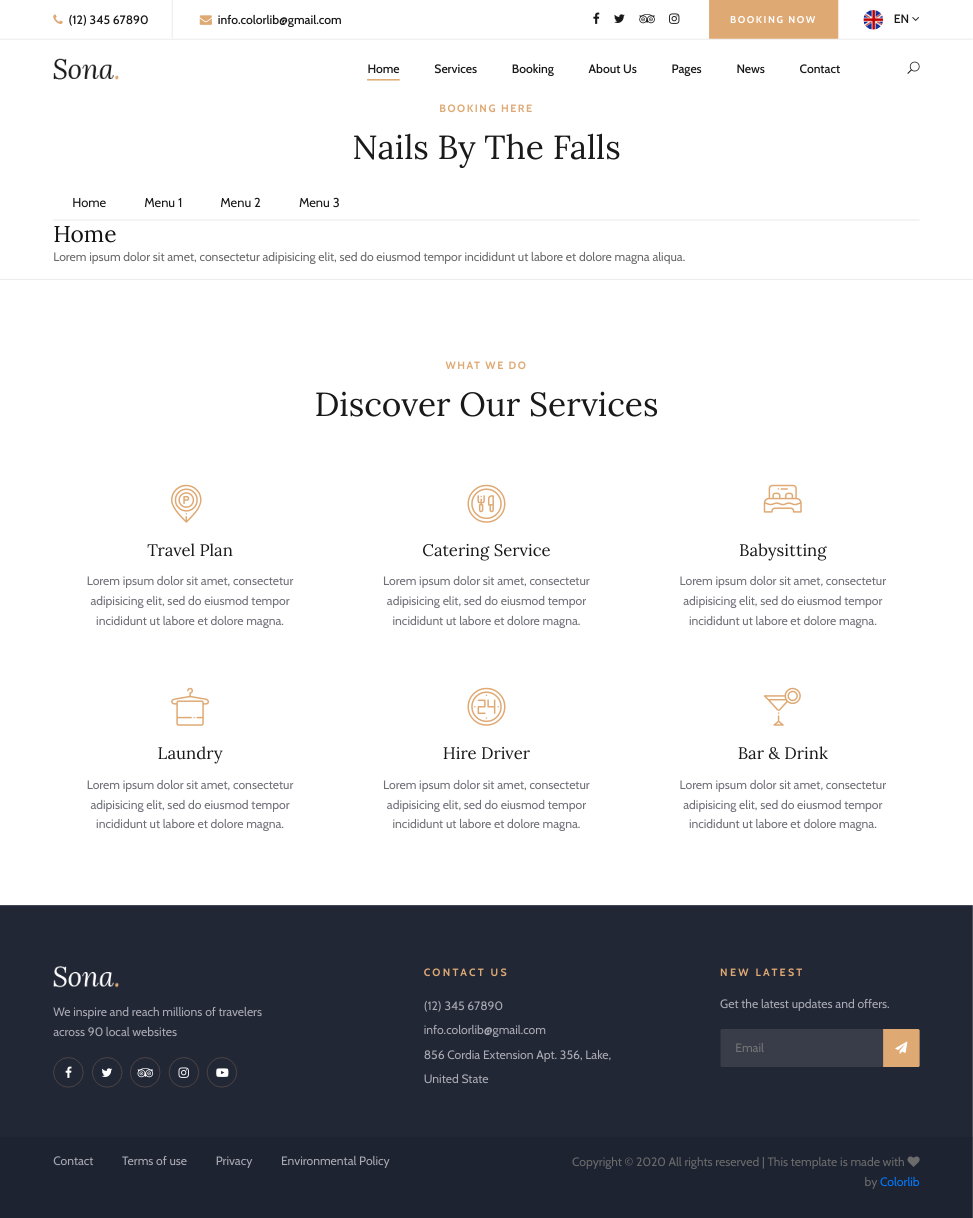
Repository: KeriBoss/Booking_Spa
Page: booking.html
An editor plug-in stored every save of this project. The page is shown before and after the next save, followed by the edit.
The browser window is 1280 px wide. The pictures show the whole page, at 76% of full size.

Above is the page before, as saved 2023-05-19 15:55:44.

### booking.html
<!DOCTYPE html>
<html lang="zxx">

<head>
    <meta charset="UTF-8" />
    <meta name="description" content="Sona Template" />
    <meta name="keywords" content="Sona, unica, creative, html" />
    <meta name="viewport" content="width=device-width, initial-scale=1.0" />
    <meta http-equiv="X-UA-Compatible" content="ie=edge" />
    <title>Nail | Template</title>

    <!-- Google Font -->
    <link href="https://fonts.googleapis.com/css?family=Lora:400,700&display=swap" rel="stylesheet" />
    <link href="https://fonts.googleapis.com/css?family=Cabin:400,500,600,700&display=swap" rel="stylesheet" />

    <!-- Css Styles -->
    <link rel="stylesheet" href="css/bootstrap.min.css" type="text/css" />
    <link rel="stylesheet" href="css/font-awesome.min.css" type="text/css" />
    <link rel="stylesheet" href="css/elegant-icons.css" type="text/css" />
    <link rel="stylesheet" href="css/flaticon.css" type="text/css" />
    <link rel="stylesheet" href="css/owl.carousel.min.css" type="text/css" />
    <link rel="stylesheet" href="css/nice-select.css" type="text/css" />
    <link rel="stylesheet" href="css/jquery-ui.min.css" type="text/css" />
    <link rel="stylesheet" href="css/magnific-popup.css" type="text/css" />
    <link rel="stylesheet" href="css/slicknav.min.css" type="text/css" />
    <link rel="stylesheet" href="css/style.css" type="text/css" />
</head>

<body>
    <!-- Page Preloder -->
    <div id="preloder">
        <div class="loader"></div>
    </div>

    <!-- Offcanvas Menu Section Begin -->
    <div class="offcanvas-menu-overlay"></div>
    <div class="canvas-open">
        <i class="icon_menu"></i>
    </div>
    <div class="offcanvas-menu-wrapper">
        <div class="canvas-close">
            <i class="icon_close"></i>
        </div>
        <div class="search-icon search-switch">
            <i class="icon_search"></i>
        </div>
        <div class="header-configure-area">
            <div class="language-option">
                <img src="img/flag.jpg" alt="" />
                <span>EN <i class="fa fa-angle-down"></i></span>
                <div class="flag-dropdown">
                    <ul>
                        <li><a href="#">Zi</a></li>
                        <li><a href="#">Fr</a></li>
                    </ul>
                </div>
            </div>
            <a href="#" class="bk-btn">Booking Now</a>
        </div>
        <nav class="mainmenu mobile-menu">
            <ul>
                <li class="active"><a href="./index.html">Home</a></li>
                <li><a href="./rooms.html">Rooms</a></li>
                <li><a href="./about-us.html">About Us</a></li>
                <li>
                    <a href="./pages.html">Pages</a>
                    <ul class="dropdown">
                        <li><a href="./room-details.html">Room Details</a></li>
                        <li><a href="#">Deluxe Room</a></li>
                        <li><a href="#">Family Room</a></li>
                        <li><a href="#">Premium Room</a></li>
                    </ul>
                </li>
                <li><a href="./blog.html">News</a></li>
                <li><a href="./contact.html">Contact</a></li>
            </ul>
        </nav>
        <div id="mobile-menu-wrap"></div>
        <div class="top-social">
            <a href="#"><i class="fa fa-facebook"></i></a>
            <a href="#"><i class="fa fa-twitter"></i></a>
            <a href="#"><i class="fa fa-tripadvisor"></i></a>
            <a href="#"><i class="fa fa-instagram"></i></a>
        </div>
        <ul class="top-widget">
            <li><i class="fa fa-phone"></i> (12) 345 67890</li>
            <li><i class="fa fa-envelope"></i> info.colorlib@gmail.com</li>
        </ul>
    </div>
    <!-- Offcanvas Menu Section End -->

    <!-- Header Section Begin -->
    <header class="header-section">
        <div class="top-nav">
            <div class="container">
                <div class="row">
                    <div class="col-lg-6">
                        <ul class="tn-left">
                            <li><i class="fa fa-phone"></i> (12) 345 67890</li>
                            <li><i class="fa fa-envelope"></i> info.colorlib@gmail.com</li>
                        </ul>
                    </div>
                    <div class="col-lg-6">
                        <div class="tn-right">
                            <div class="top-social">
                                <a href="#"><i class="fa fa-facebook"></i></a>
                                <a href="#"><i class="fa fa-twitter"></i></a>
                                <a href="#"><i class="fa fa-tripadvisor"></i></a>
                                <a href="#"><i class="fa fa-instagram"></i></a>
                            </div>
                            <a href="#" class="bk-btn">Booking Now</a>
                            <div class="language-option">
                                <img src="img/flag.jpg" alt="" />
                                <span>EN <i class="fa fa-angle-down"></i></span>
                                <div class="flag-dropdown">
                                    <ul>
                                        <li><a href="#">Zi</a></li>
                                        <li><a href="#">Fr</a></li>
                                    </ul>
                                </div>
                            </div>
                        </div>
                    </div>
                </div>
            </div>
        </div>
        <div class="menu-item">
            <div class="container">
                <div class="row">
                    <div class="col-lg-2">
                        <div class="logo">
                            <a href="./index.html">
                                <img src="img/logo.png" alt="" />
                            </a>
                        </div>
                    </div>
                    <div class="col-lg-10">
                        <div class="nav-menu">
                            <nav class="mainmenu">
                                <ul>
                                    <li class="active"><a href="./index.html">Home</a></li>
                                    <li><a href="./rooms.html">Services</a></li>
                                    <li><a href="./rooms.html">Booking</a></li>
                                    <li><a href="./about-us.html">About Us</a></li>
                                    <li>
                                        <a href="./pages.html">Pages</a>
                                        <ul class="dropdown">
                                            <li><a href="./room-details.html">Room Details</a></li>
                                            <li><a href="./blog-details.html">Blog Details</a></li>
                                            <li><a href="#">Family Room</a></li>
                                            <li><a href="#">Premium Room</a></li>
                                        </ul>
                                    </li>
                                    <li><a href="./blog.html">News</a></li>
                                    <li><a href="./contact.html">Contact</a></li>
                                </ul>
                            </nav>
                            <div class="nav-right search-switch">
                                <i class="icon_search"></i>
                            </div>
                        </div>
                    </div>
                </div>
            </div>
        </div>
    </header>
    <!-- Header End -->

    <!-- Booking start-->
    <section class="booking-nail">
        <div class="container">
            <div class="row">
                <div class="col-lg-12">
                    <div class="section-title">
                        <span>Booking here</span>
                        <h2>Nails By The Falls</h2>
                    </div>
                </div>
                <div class="col-lg-12">
                    <div class="card-booking">
                        <ul class="nav nav-tabs">
                            <li class="active"><a data-toggle="tab" href="#home">Home</a></li>
                            <li><a data-toggle="tab" href="#menu1">Menu 1</a></li>
                            <li><a data-toggle="tab" href="#menu2">Menu 2</a></li>
                            <li><a data-toggle="tab" href="#menu3">Menu 3</a></li>
                        </ul>

                        <div class="tab-content">
                            <div id="home" class="tab-pane fade show active">
                                <h3>Home</h3>
                                <p>Lorem ipsum dolor sit amet, consectetur adipisicing elit, sed do eiusmod tempor
                                    incididunt ut labore et dolore magna aliqua.</p>
                            </div>

                            <div id="menu1" class="tab-pane fade">
                                <h3>Menu 1</h3>
                                <p>Lorem ipsum dolor sit amet, consectetur adipisicing elit, sed do eiusmod tempor
                                    incididunt ut labore et dolore magna aliqua.</p>
                            </div>

                            <div id="menu2" class="tab-pane fade">
                                <h3>Menu 2</h3>
                                <p>Lorem ipsum dolor sit amet, consectetur adipisicing elit, sed do eiusmod tempor
                                    incididunt ut labore et dolore magna aliqua.</p>
                            </div>

                            <div id="menu3" class="tab-pane fade">
                                <h3>Menu 3</h3>
                                <p>Lorem ipsum dolor sit amet, consectetur adipisicing elit, sed do eiusmod tempor
                                    incididunt ut labore et dolore magna aliqua.</p>
                            </div>

                        </div>

                    </div>
                </div>
            </div>
        </div>
    </section>
    <!-- Booking end-->

    <!-- Services Section End -->
    <section class="services-section spad">
        <div class="container">
            <div class="row">
                <div class="col-lg-12">
                    <div class="section-title">
                        <span>What We Do</span>
                        <h2>Discover Our Services</h2>
                    </div>
                </div>
            </div>
            <div class="row">
                <div class="col-lg-4 col-sm-6">
                    <div class="service-item">
                        <i class="flaticon-036-parking"></i>
                        <h4>Travel Plan</h4>
                        <p>
                            Lorem ipsum dolor sit amet, consectetur adipisicing elit, sed do
                            eiusmod tempor incididunt ut labore et dolore magna.
                        </p>
                    </div>
                </div>
                <div class="col-lg-4 col-sm-6">
                    <div class="service-item">
                        <i class="flaticon-033-dinner"></i>
                        <h4>Catering Service</h4>
                        <p>
                            Lorem ipsum dolor sit amet, consectetur adipisicing elit, sed do
                            eiusmod tempor incididunt ut labore et dolore magna.
                        </p>
                    </div>
                </div>
                <div class="col-lg-4 col-sm-6">
                    <div class="service-item">
                        <i class="flaticon-026-bed"></i>
                        <h4>Babysitting</h4>
                        <p>
                            Lorem ipsum dolor sit amet, consectetur adipisicing elit, sed do
                            eiusmod tempor incididunt ut labore et dolore magna.
                        </p>
                    </div>
                </div>
                <div class="col-lg-4 col-sm-6">
                    <div class="service-item">
                        <i class="flaticon-024-towel"></i>
                        <h4>Laundry</h4>
                        <p>
                            Lorem ipsum dolor sit amet, consectetur adipisicing elit, sed do
                            eiusmod tempor incididunt ut labore et dolore magna.
                        </p>
                    </div>
                </div>
                <div class="col-lg-4 col-sm-6">
                    <div class="service-item">
                        <i class="flaticon-044-clock-1"></i>
                        <h4>Hire Driver</h4>
                        <p>
                            Lorem ipsum dolor sit amet, consectetur adipisicing elit, sed do
                            eiusmod tempor incididunt ut labore et dolore magna.
                        </p>
                    </div>
                </div>
                <div class="col-lg-4 col-sm-6">
                    <div class="service-item">
                        <i class="flaticon-012-cocktail"></i>
                        <h4>Bar & Drink</h4>
                        <p>
                            Lorem ipsum dolor sit amet, consectetur adipisicing elit, sed do
                            eiusmod tempor incididunt ut labore et dolore magna.
                        </p>
                    </div>
                </div>
            </div>
        </div>
    </section>
    <!-- Services Section End -->

    <!-- Footer Section Begin -->
    <footer class="footer-section">
        <div class="container">
            <div class="footer-text">
                <div class="row">
                    <div class="col-lg-4">
                        <div class="ft-about">
                            <div class="logo">
                                <a href="#">
                                    <img src="img/footer-logo.png" alt="" />
                                </a>
                            </div>
                            <p>
                                We inspire and reach millions of travelers<br />
                                across 90 local websites
                            </p>
                            <div class="fa-social">
                                <a href="#"><i class="fa fa-facebook"></i></a>
                                <a href="#"><i class="fa fa-twitter"></i></a>
                                <a href="#"><i class="fa fa-tripadvisor"></i></a>
                                <a href="#"><i class="fa fa-instagram"></i></a>
                                <a href="#"><i class="fa fa-youtube-play"></i></a>
                            </div>
                        </div>
                    </div>
                    <div class="col-lg-3 offset-lg-1">
                        <div class="ft-contact">
                            <h6>Contact Us</h6>
                            <ul>
                                <li>(12) 345 67890</li>
                                <li>info.colorlib@gmail.com</li>
                                <li>856 Cordia Extension Apt. 356, Lake, United State</li>
                            </ul>
                        </div>
                    </div>
                    <div class="col-lg-3 offset-lg-1">
                        <div class="ft-newslatter">
                            <h6>New latest</h6>
                            <p>Get the latest updates and offers.</p>
                            <form action="#" class="fn-form">
                                <input type="text" placeholder="Email" />
                                <button type="submit"><i class="fa fa-send"></i></button>
                            </form>
                        </div>
                    </div>
                </div>
            </div>
        </div>
        <div class="copyright-option">
            <div class="container">
                <div class="row">
                    <div class="col-lg-7">
                        <ul>
                            <li><a href="#">Contact</a></li>
                            <li><a href="#">Terms of use</a></li>
                            <li><a href="#">Privacy</a></li>
                            <li><a href="#">Environmental Policy</a></li>
                        </ul>
                    </div>
                    <div class="col-lg-5">
                        <div class="co-text">
                            <p>
                                <!-- Link back to Colorlib can't be removed. Template is licensed under CC BY 3.0. -->
                                Copyright &copy;
                                <script>
                                    document.write(new Date().getFullYear());
                                </script>
                                All rights reserved | This template is made with
                                <i class="fa fa-heart" aria-hidden="true"></i> by
                                <a href="https://colorlib.com" target="_blank">Colorlib</a>
                                <!-- Link back to Colorlib can't be removed. Template is licensed under CC BY 3.0. -->
                            </p>
                        </div>
                    </div>
                </div>
            </div>
        </div>
    </footer>
    <!-- Footer Section End -->

    <!-- Search model Begin -->
    <div class="search-model">
        <div class="h-100 d-flex align-items-center justify-content-center">
            <div class="search-close-switch"><i class="icon_close"></i></div>
            <form class="search-model-form">
                <input type="text" id="search-input" placeholder="Search here....." />
            </form>
        </div>
    </div>
    <!-- Search model end -->

    <!-- Js Plugins -->
    <script src="js/jquery-3.3.1.min.js"></script>
    <script src="js/bootstrap.min.js"></script>
    <script src="js/jquery.magnific-popup.min.js"></script>
    <script src="js/jquery.nice-select.min.js"></script>
    <script src="js/jquery-ui.min.js"></script>
    <script src="js/jquery.slicknav.js"></script>
    <script src="js/owl.carousel.min.js"></script>
    <script src="js/main.js"></script>
</body>

</html>

Loaded but not shown: css/bootstrap.min.css (library); css/font-awesome.min.css (library); css/flaticon.css (common file); css/owl.carousel.min.css (library); css/nice-select.css (common file); css/jquery-ui.min.css (library); css/magnific-popup.css (library); css/slicknav.min.css (common file); js/jquery-3.3.1.min.js (library); js/bootstrap.min.js (library); js/jquery.magnific-popup.min.js (library); js/jquery.nice-select.min.js (common file); js/jquery-ui.min.js (library); js/jquery.slicknav.js (library); js/owl.carousel.min.js (library); js/main.js (109 lines, source omitted); css/style.css (2355 lines, source omitted); css/elegant-icons.css (1157 lines, source omitted)

After the next save:
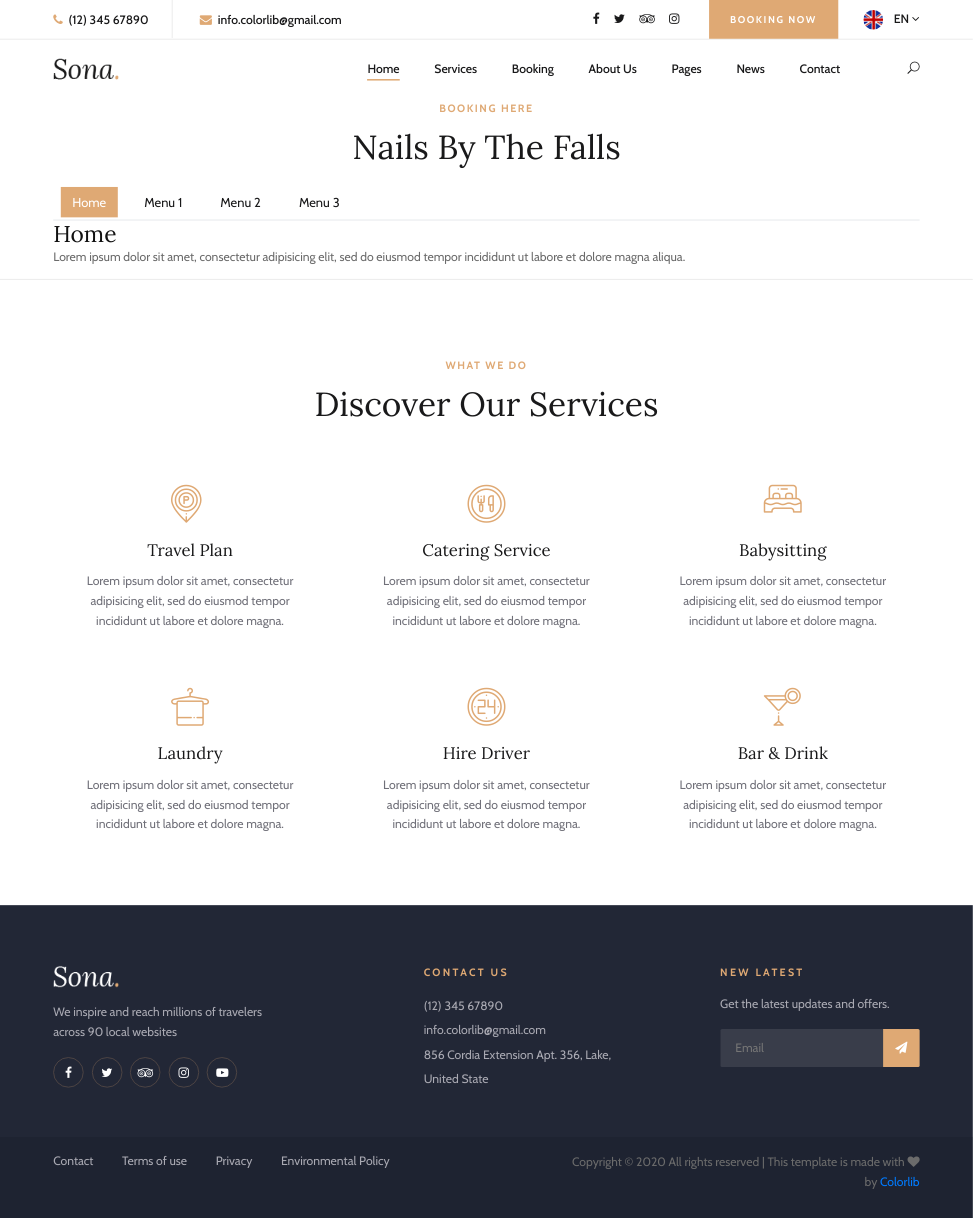
Saved 11 s later.
--- a/booking.html
+++ b/booking.html
@@ -179,7 +179,7 @@
                 <div class="col-lg-12">
                     <div class="card-booking">
                         <ul class="nav nav-tabs">
-                            <li class="active"><a data-toggle="tab" href="#home">Home</a></li>
+                            <li class="active"><a class="active" data-toggle="tab" href="#home">Home</a></li>
                             <li><a data-toggle="tab" href="#menu1">Menu 1</a></li>
                             <li><a data-toggle="tab" href="#menu2">Menu 2</a></li>
                             <li><a data-toggle="tab" href="#menu3">Menu 3</a></li>
